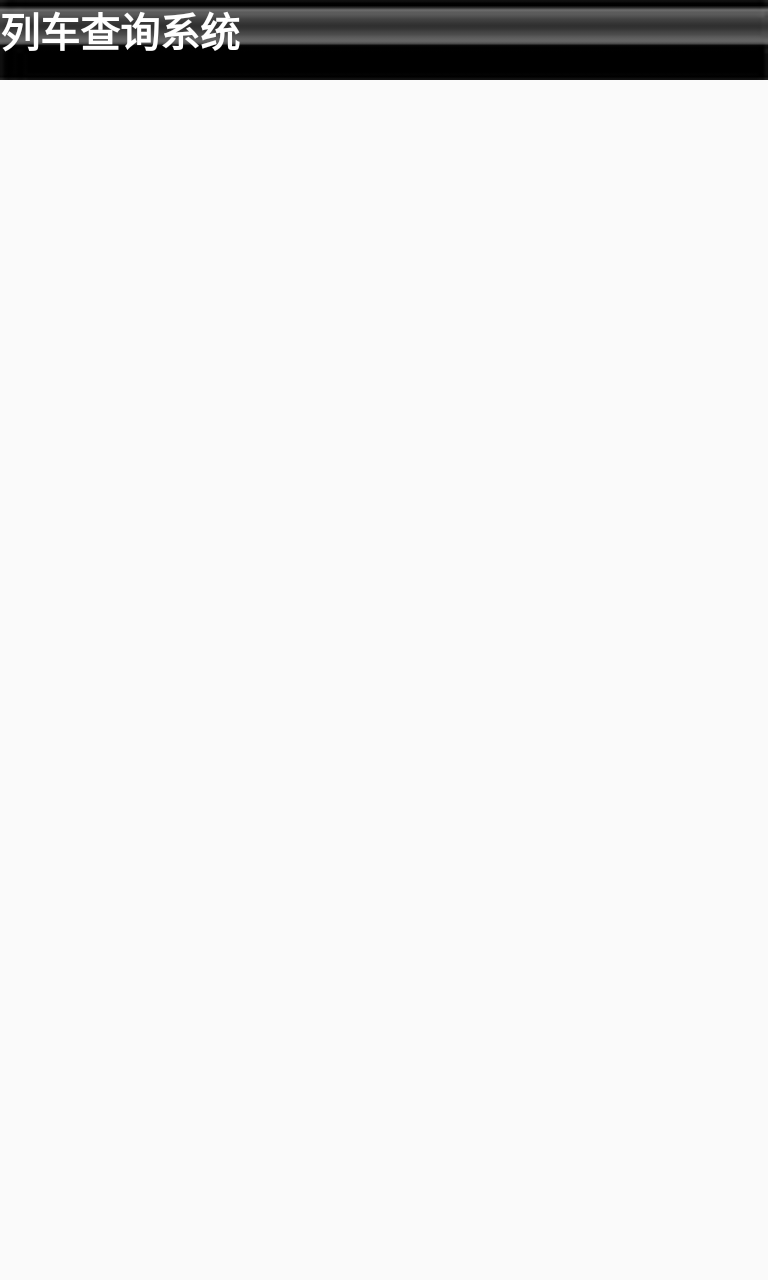
Repository: gogolaile/CoolWeather
Layout: Train_Qurey/res/layout/activity_main.xml
The author's editor kept a copy of each file at every save. The layout is drawn from the files as they stood at one save, then again after a run of saves.
It is drawn on a 768 x 1280 px phone screen (xhdpi) without system bars, with theme AppTheme; the app's code is not run.

Above is the layout before, as saved 2015-11-28 06:46:34.

### Train_Qurey/res/layout/activity_main.xml
<LinearLayout xmlns:android="http://schemas.android.com/apk/res/android"
    android:layout_width="match_parent"
    android:layout_height="match_parent"
    android:orientation="vertical" >

    <FrameLayout
     android:layout_width="match_parent"
     android:layout_height="40dp"
     android:background="@drawable/title">
<TextView
    android:layout_width="wrap_content"
    android:layout_height="wrap_content"
    android:text = "@string/the_main_title"
    android:gravity="center_horizontal|bottom"
    android:textSize="20sp"
    android:textColor="#FFFFFF"
    android:textStyle="bold"/>
</FrameLayout>
<LinearLayout
    android:layout_width="match_parent"
    android:layout_height="wrap_content"
    android:orientation="horizontal">

</LinearLayout>

</LinearLayout>

### Train_Qurey/res/values/strings.xml
<?xml version="1.0" encoding="utf-8"?>
<resources>

    <string name="app_name">Train_Qurey</string>
    <string name="the_title">the title</string>
    <string name="the_main_title">列车查询系统</string>
    <string name="the_query_way">查询方式</string>
    <string name="detailed_query">详细查询</string>
</resources>

Loaded but not shown: Train_Qurey/res/values/styles.xml (common file); Train_Qurey/res/values-v11/styles.xml (common file); Train_Qurey/res/values-v14/styles.xml (common file)

After the next 2 saves:
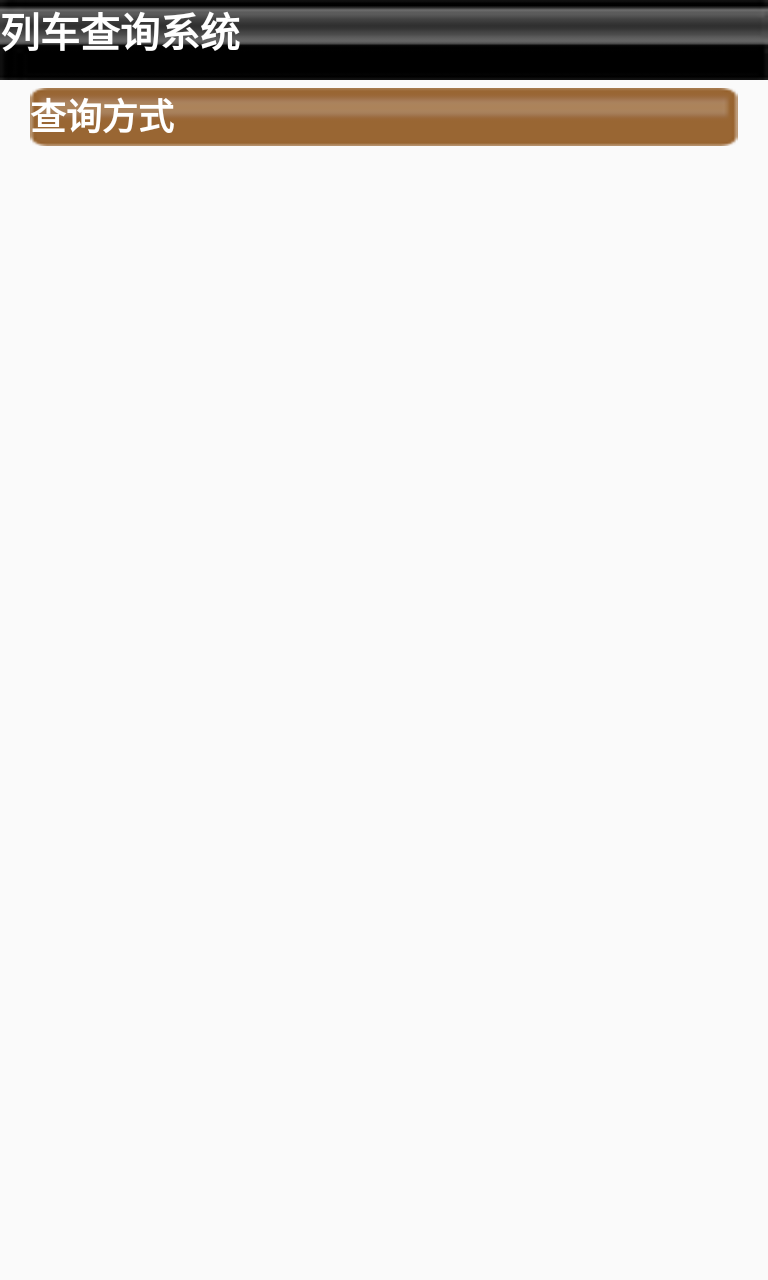
The 2 saves are shown as one change because 1 did not build or start.
The last was saved 5 min 10 s later.
--- a/Train_Qurey/res/layout/activity_main.xml
+++ b/Train_Qurey/res/layout/activity_main.xml
@@ -19,8 +19,20 @@
 <LinearLayout
     android:layout_width="match_parent"
     android:layout_height="wrap_content"
+    android:background="@drawable/navigator"
+    android:layout_marginLeft="15dip"
+    android:layout_marginRight="15dip"
+    android:layout_marginTop="4dip"
+    android:layout_marginBottom="4dip"
     android:orientation="horizontal">
-
+   <TextView
+       android:layout_width="wrap_content"
+       android:layout_height="wrap_content"
+       android:text="@string/the_query_way"
+       android:textSize="18sp"
+       android:textStyle="bold"
+       android:textColor="#FFFFFF"
+       />
 </LinearLayout>
 
 </LinearLayout>
